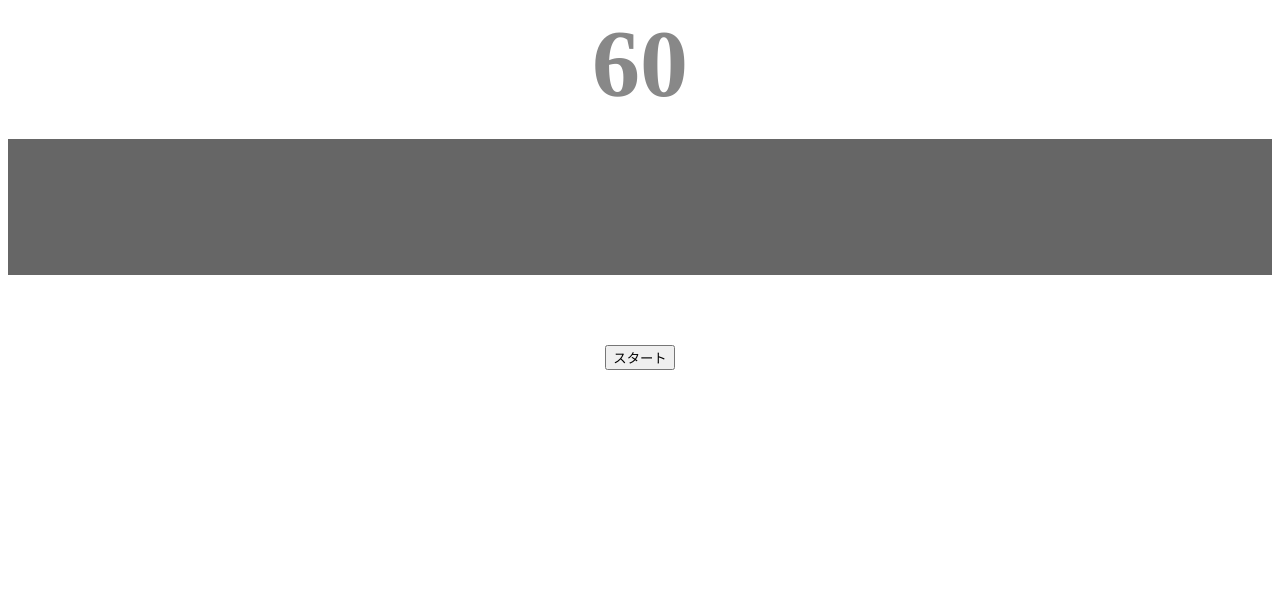
Repository: ishikawa-ta/samurai_HTML-CSS
Page: indextyping.html
The author's editor kept a record of every edit. The page is drawn from the files as they stood at one moment, then again after the next edit.
The browser window is 1280 px wide. The pictures show the whole page.

Above is the page before.
Console error: SyntaxError: Unexpected token '}'

After the next edit:
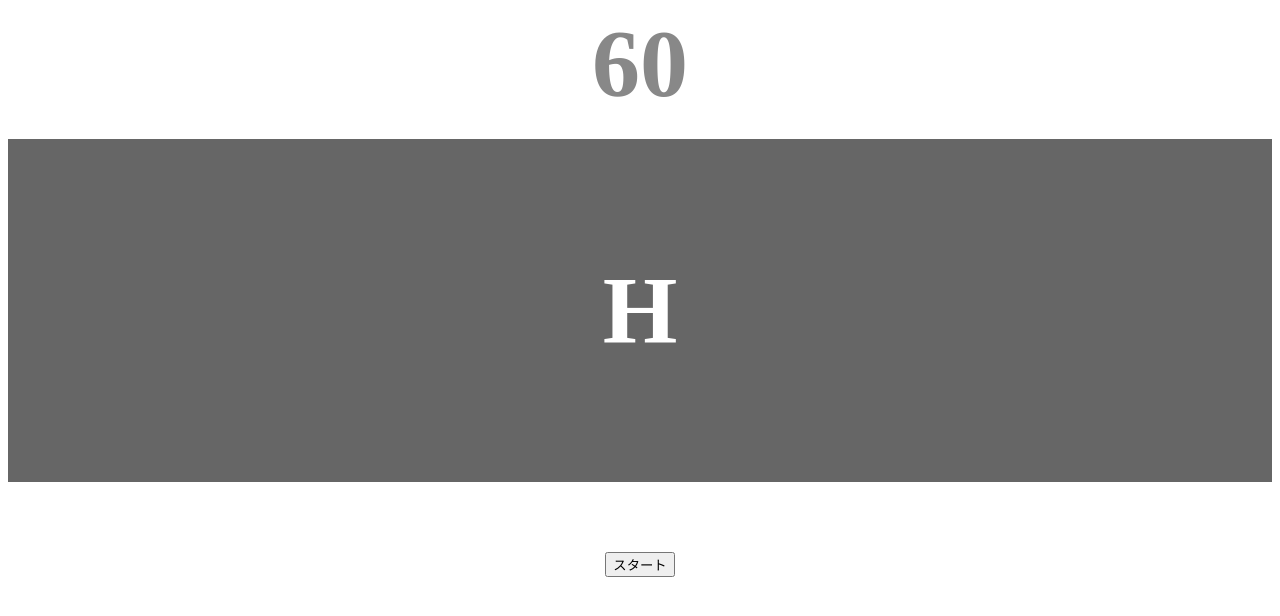
Console error: TypeError: Failed to execute 'appendChild' on 'Node': parameter 1 is not of type 'Node'.
The edit:
--- a/indextyping.html
+++ b/indextyping.html
@@ -64,8 +64,6 @@
   })
 
 };
-
-        };
         // createText関数を実行する
         createText();
 
